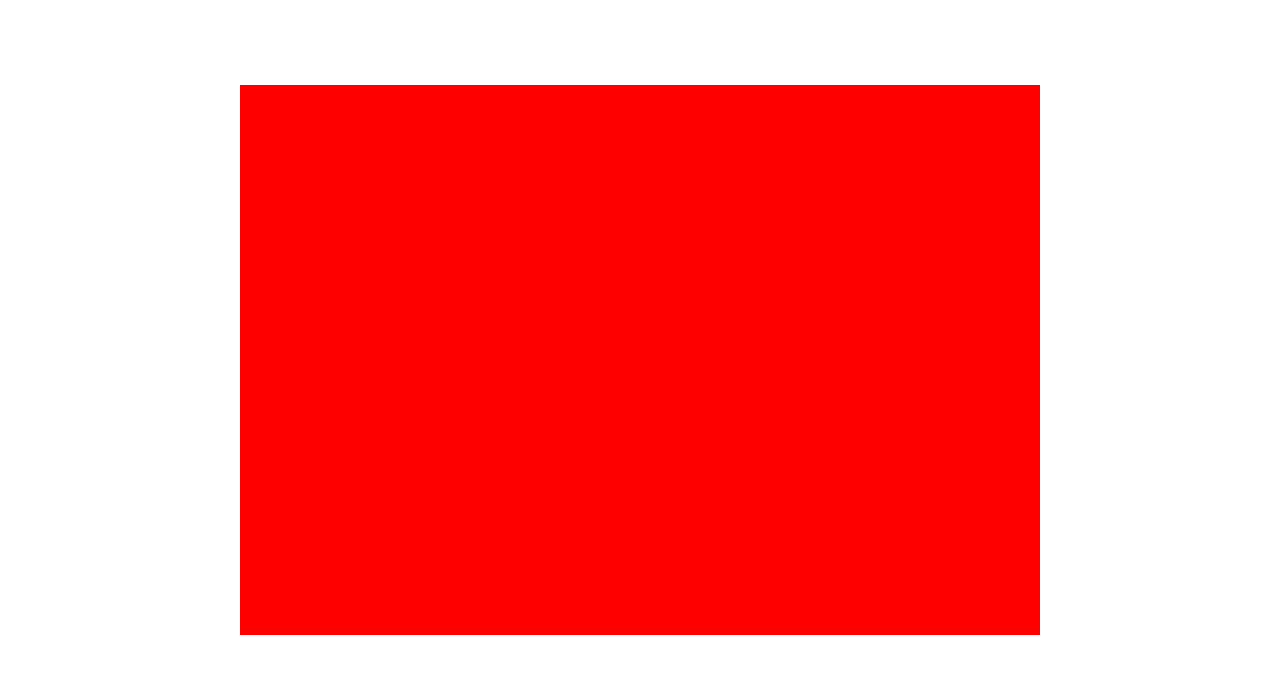
Repository: gyypwrs/css-practice
Page: pull-over/index.html
The author's editor kept a copy of each file at every save. The page is drawn from the files as they stood at one save, then again after the next save.
The browser window is 1280 px wide. The pictures show the whole page.

Above is the page before, as saved 2022-05-16 15:22:42.

After the next save:
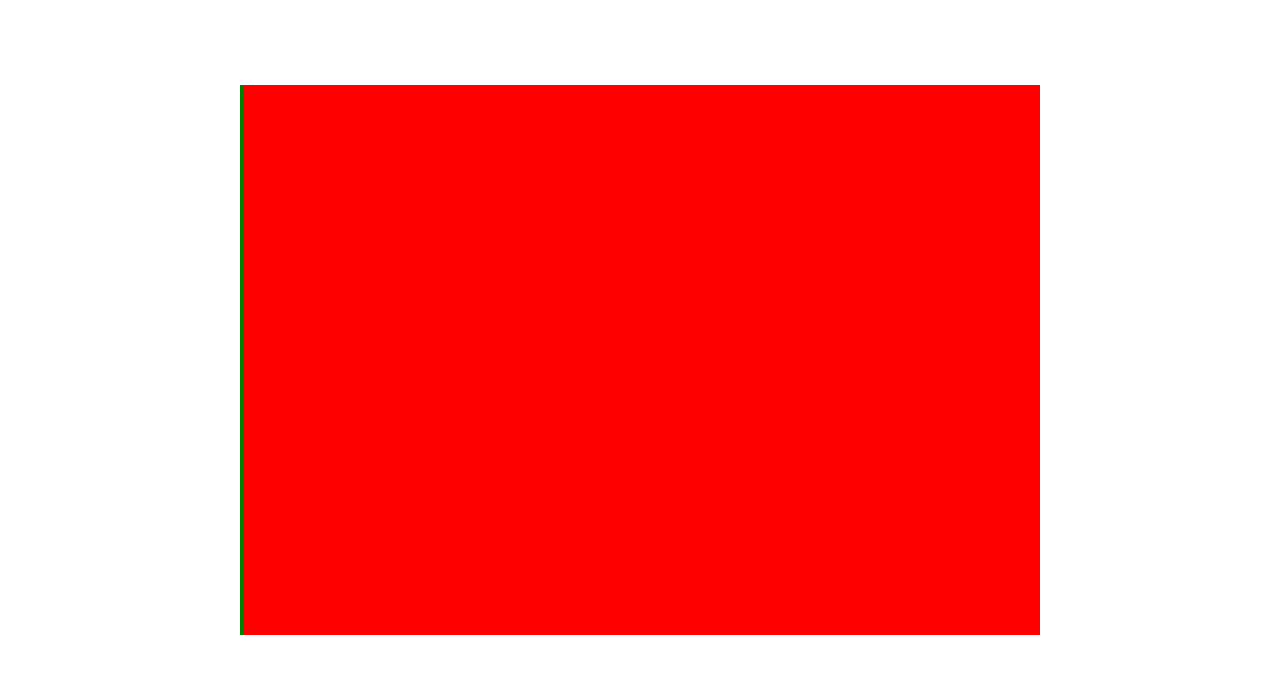
Saved 21 s later.
--- a/pull-over/index.html
+++ b/pull-over/index.html
@@ -33,7 +33,8 @@
 
     .push-line {
       height: 550px;
-      width: 2px;
+      width: 4px;
+      background-color: green;
       /* border-right: 2px solid green; */
       cursor: e-resize;
     }
